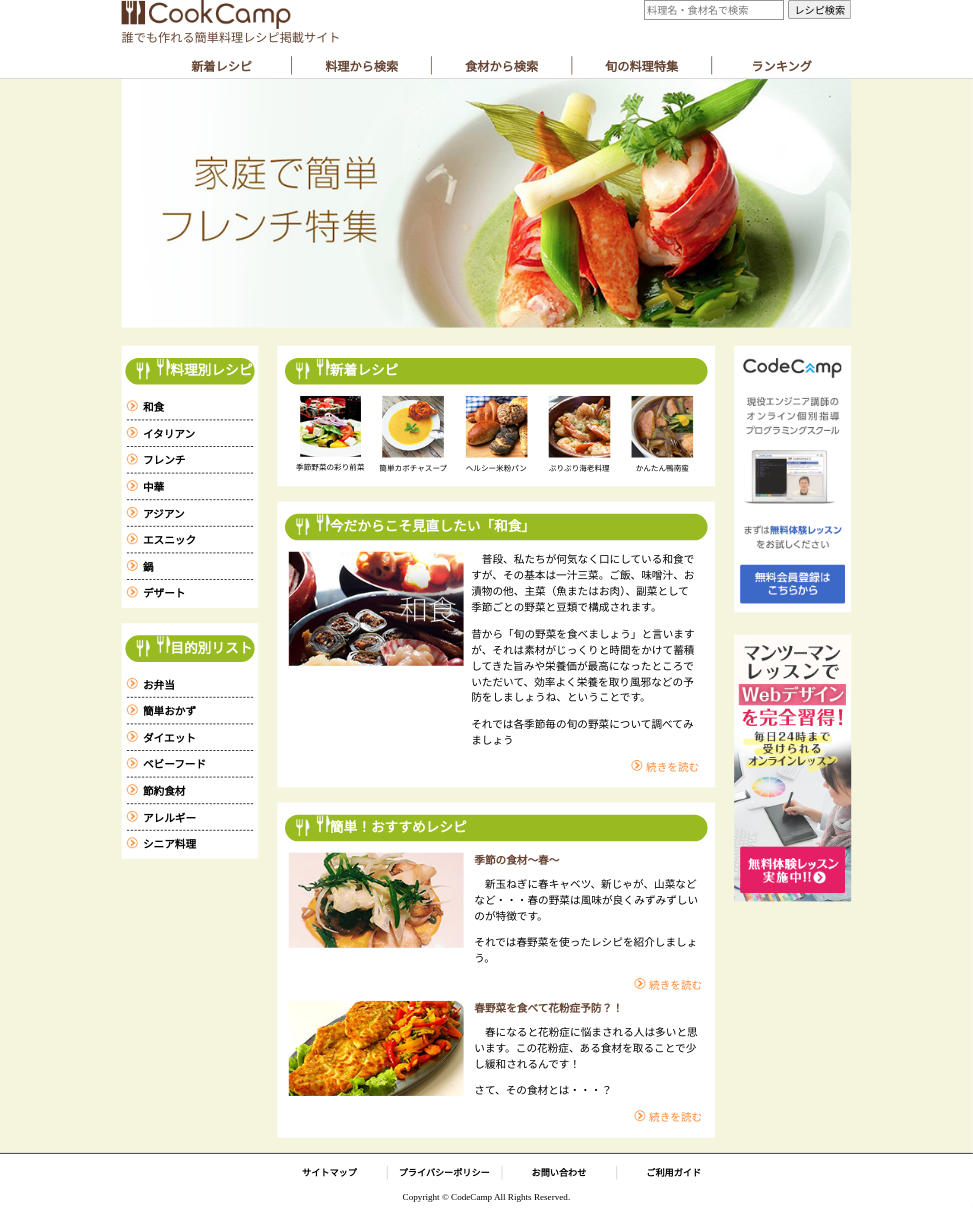
Repository: tomimaler/dc_work_tamachi_inagaki_html
Page: cookcamp/cookcamp.html
The author's editor kept a record of every edit. The page is drawn from the files as they stood at one moment, then again after the next edit.
The browser window is 1280 px wide. The pictures show the whole page, at 76% of full size.

Above is the page before.

### cookcamp/cookcamp.html
<!DOCTYPE html>
<html lang="ja">
 <head>
  <meta charset="UTF-8">
  <title>CookCamp</title>
  <link rel="stylesheet" href="cookcamp.css">

 <body>
  <header>
    <div class="container">
        <img class="logo" src="images/structure/logo.png">
        <input type="submit" value="レシピ検索">
        <input id="search" type="text" name="search" placeholder="料理名・食材名で検索">
        <p>誰でも作れる簡単料理レシピ掲載サイト</p>
        <ul class="header-menu">
            <a href="#"><li class="menu1">新着レシピ</li></a>
            <a href="#"><li>料理から検索</li></a>
            <a href="#"><li>食材から検索</li></a>
            <a href="#"><li>旬の料理特集</li></a>
            <a href="#"><li>ランキング</li></a>
        </ul>
    </div>
 </header>
 <main>
    <div class="container clearfix">
        <img class="mainView" src="images/contents/mainView.jpg">
        <nav class="left-column">
            <div class="recipe-nav">
                <h3><img src="images/icon/dish.png">料理別レシピ</h3>
                <ul class="recipe-list">
                    <a href="#"><li>和食</li></a>
                    <a href="#"><li>イタリアン</li></a>
                    <a href="#"><li>フレンチ</li></a>
                    <a href="#"><li>中華</li></a>
                    <a href="#"><li>アジアン</li></a>
                    <a href="#"><li>エスニック</li></a>
                    <a href="#"><li>鍋</li></a>
                    <a href="#"><li>デザート</li></a>
                </ul>
            </div>
            <div class="recipe-nav">
                <h3><img src="images/icon/dish.png">目的別リスト</h3>
                <ul class="recipe-list">
                    <a href="#"><li>お弁当</li></a>
                    <a href="#"><li>簡単おかず</li></a>
                    <a href="#"><li>ダイエット</li></a>
                    <a href="#"><li>ベビーフード</li></a>
                    <a href="#"><li>節約食材</li></a>
                    <a href="#"><li>アレルギー</li></a>
                    <a href="#"><li>シニア料理</li></a>
                </ul>
            </div>
        </nav>
        <div class="main-column">
            <div class="article">
                <h3><img src="images/icon/dish.png">新着レシピ</h3>
                <div class="section">
                    <div class="new-recipes">
                        <div class="new-recipe">
                            <img src="images/contents/newRecipes1.jpg" alt="季節野菜の彩り前菜">
                            <p>季節野菜の彩り前菜</p>
                        </div>
                        <div class="new-recipe">
                            <img src="images/contents/newRecipes2.jpg" alt="簡単カボチャスープ">
                            <p>簡単カボチャスープ</p>
                        </div>
                        <div class="new-recipe">
                            <img src="images/contents/newRecipes3.jpg" alt="ヘルシー米粉パン">
                            <p>ヘルシー米粉パン</p>
                        </div>
                        <div class="new-recipe">
                            <img src="images/contents/newRecipes4.jpg" alt="ぷりぷり海老料理">
                            <p>ぷりぷり海老料理</p>
                        </div>
                        <div class="new-recipe">
                            <img src="images/contents/newRecipes5.jpg" alt="かんたん鴨南蛮">
                            <p>かんたん鴨南蛮</p>
                        </div>
                    </div>
                </div>
            </div>
            <div class="article">
                <h3><img src="images/icon/dish.png">今だからこそ見直したい「和食」</h3>
                <div class="section">
                    <img class="section-img" src="images/contents/topics.jpg" alt="和食" align="left">
                    <div class="section-text">
                        <p>　普段、私たちが何気なく口にしている和食ですが、その基本は一汁三菜。ご飯、味噌汁、お漬物の他、主菜（魚またはお肉）、副菜として季節ごとの野菜と豆類で構成されます。</p>
                        <p>昔から「旬の野菜を食べましょう」と言いますが、それは素材がじっくりと時間をかけて蓄積してきた旨みや栄養価が最高になったところでいただいて、効率よく栄養を取り風邪などの予防をしましょうね、ということです。</p>
                        <p>それでは各季節毎の旬の野菜について調べてみましょう</p>
                        <a href="#"><img src="images/icon/arrow.png" alt="arrow">続きを読む</a>
                    </div>
                </div>
            </div>
            <div class="article">
                <h3><img src="images/icon/dish.png">簡単！おすすめレシピ</h3>
                <div class="section">
                    <img class="section-img" src="images/contents/pushRecipes1.jpg" alt="春">
                    <div class="section-text">
                        <h4>季節の食材～春～</h4>
                        <p>　新玉ねぎに春キャベツ、新じゃが、山菜などなど・・・春の野菜は風味が良くみずみずしいのが特徴です。</p>
                        <p>それでは春野菜を使ったレシピを紹介しましょう。</p>
                        <a href="#"><img src="images/icon/arrow.png" alt="arrow">続きを読む</a>
                    </div>
                    <img class="section-img" src="images/contents/pushRecipes2.jpg" alt="花粉症">
                    <div class="section-text">
                        <h4>春野菜を食べて花粉症予防？！</h4>
                        <p>　春になると花粉症に悩まされる人は多いと思います。この花粉症、ある食材を取ることで少し緩和されるんです！</p>
                        <p>さて、その食材とは・・・？</p>
                        <a href="#"><img src="images/icon/arrow.png" alt="arrow">続きを読む</a>
                    </div>
                </div>
            </div>
        </div>
        <aside class="right-column">
            <a href="#"><img src="images/contents/right1.png"></a>
            <a href="#"><img src="images/contents/right2.png"></a>
        </aside>
    </div>
</main>
<footer>
    <div class="container">
        <ul class="footer-list">
            <a href="#"><li>サイトマップ</li></a>
            <a href="#"><li>プライバシーポリシー</li></a>
            <a href="#"><li>お問い合わせ</li></a>
            <a href="#"><li>ご利用ガイド</li></a>
        </ul>
        <p>Copyright &copy; CodeCamp All Rights Reserved.</p>
    </div>
</footer>
</body>
</html>

### cookcamp/cookcamp.css
body {
    margin:0;
    min-width:fit-content;
}

.container {
    width:960px;
    margin:0 auto;
}

main {
    background-color:#f5f5dd;
    font-family:"Yu Gothic";
    font-weight:500;
    padding-bottom:10px;
}

a {
    text-decoration:none;
}

header, footer {
    background-color:white;
}

header {
    border-bottom:1px solid #cccccc;
}

header logo {
    float:left;
}

header p{
    color:#664433;
    clear:both;
    margin-top:0;
    line-height:1;
}

header input {
    float:right;
}

#search {
    height:20px;
    margin-right:5px;
}

.header-menu {
    display:flex;
    text-align:center;
    list-style:none;
    margin:5px auto;
    font-weight:bold;
}

.header-menu a+ a {
    border-left:1px solid;
}

.header-menu a {
    color:#664433;
    flex:1;
    padding:0 2px;
}

.mainView {
    width:100%;
}

.recipe-nav {
    margin:20px 20px 10px 0;
    padding:1px 5px;
    background-color:white;
}

h3 {
    background-color:#99bb22;
    border-radius:25px;
    height:35px;
    line-height:35px;
    font-size:18px;
    color:white;
    margin-top:15px;
    margin-bottom:10px;
}

h3::before {
    content: url('images/icon/dish.png');
    padding-left:15px;
    padding-right:10px;
    position:relative;
    top:5px;
}

.recipe-list {
    list-style-image: url('images/icon/arrow.png');
    margin:0;
    padding:2px;
}

.recipe-list a {
    display:block;
    color:black;
    width:100%;
}

.recipe-list li {
    margin:7px 0;
    font-size:14px;
    font-weight:bold;
    list-style-position:inside;
}

.recipe-list a+ a {
    border-top:1px dashed;
}

.new-recipes {
    display:flex;
}

.new-recipe {
    flex:1;
    text-align:center;
}

.new-recipe img {
    padding-bottom:0;
}

.new-recipe p {
    font-size:10px;
    width:100%;
    margin-top:0;
    padding-top:0;
}

.section-img {
    display:inline-block;
}

.section-text {
    display:inline-block;
    vertical-align:top;
    margin-left:10px;
    font-size:14px;
    width:300px;
}

.main-text {
    margin-left:15px;
}

.section-text p {
    margin-top:0;
}

.section-text a{
    color:#fc8833;
    float:right;
    margin-bottom:10px;
}

.section-text img {
    margin-right:5px;
}

h4 {
    color:#664433;
    margin-top:0;
    margin-bottom:10px;
}

.article {
    margin:20px 5px 10px 5px;
    padding:1px 10px;
    background-color:white;
}

.section {
    padding:5px;
    line-height:1.5;
}

.right-column img {
    margin:20px 0 5px 20px;
}

.left-column {
    width:200px;
    float:left;
}

.main-column {
    width:586px;
    float:left;
}

.right-column {
    width:155px;
    float:left;
}

.clearfix::after {
content: "";
display: block;
clear: both;
}

footer {
    clear:both;
    border-top:1px solid;
    text-align:center;
}

.footer-list {
    display:flex;
    text-align:center;
    list-style:none;
    justify-content:center;
  }

.footer-list a {
    flex-basis:150px;
    font-size:12px;
    color:black;
    font-weight:bold;
}

.footer-list a+ a {
    border-left:1px solid #cccccc;
}

footer p {
    font-size:12px;
}

After the next edit:
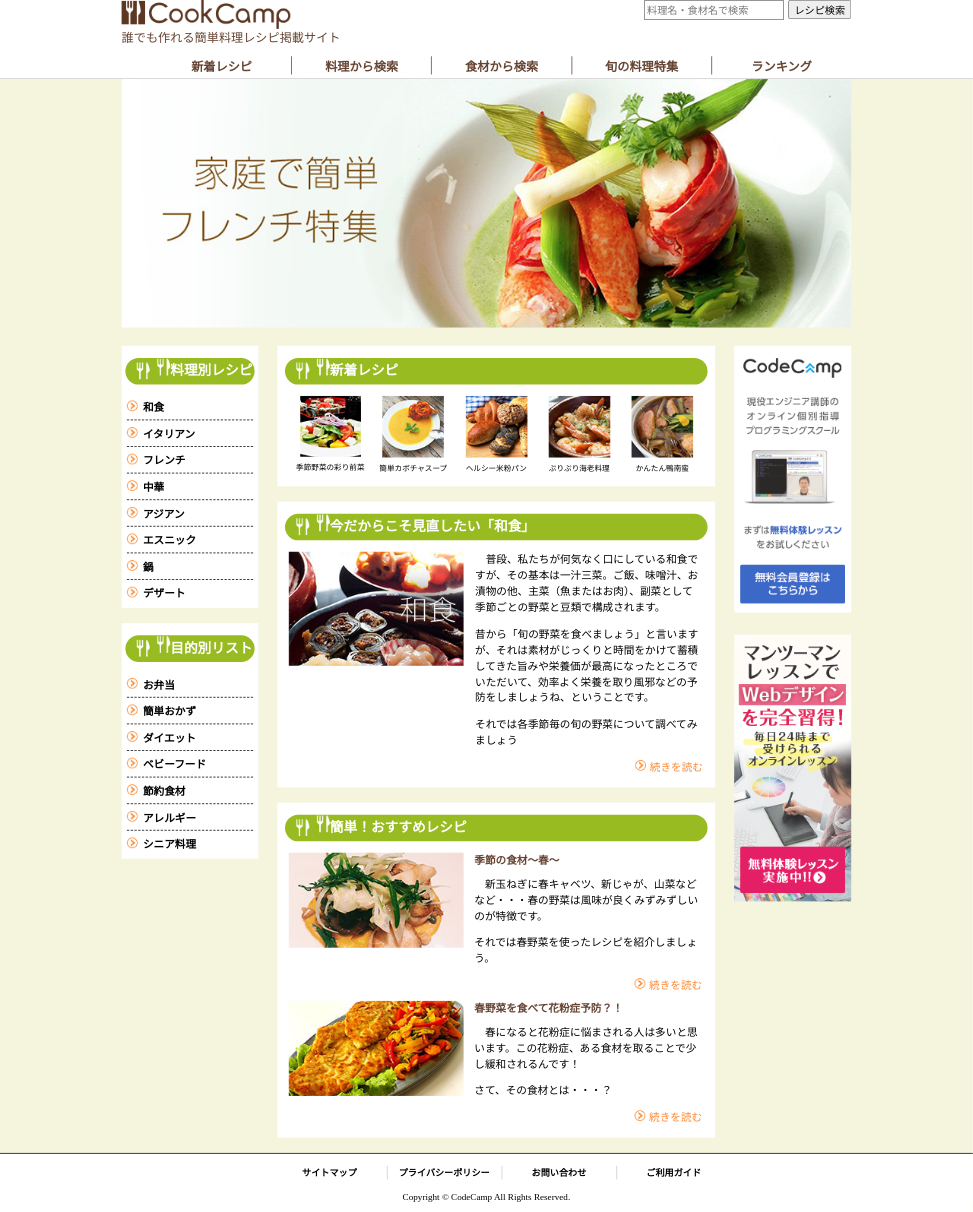
The edit:
--- a/cookcamp/cookcamp.html
+++ b/cookcamp/cookcamp.html
@@ -83,7 +83,7 @@
                 <h3><img src="images/icon/dish.png">今だからこそ見直したい「和食」</h3>
                 <div class="section">
                     <img class="section-img" src="images/contents/topics.jpg" alt="和食" align="left">
-                    <div class="section-text">
+                    <div class="section-text main-text">
                         <p>　普段、私たちが何気なく口にしている和食ですが、その基本は一汁三菜。ご飯、味噌汁、お漬物の他、主菜（魚またはお肉）、副菜として季節ごとの野菜と豆類で構成されます。</p>
                         <p>昔から「旬の野菜を食べましょう」と言いますが、それは素材がじっくりと時間をかけて蓄積してきた旨みや栄養価が最高になったところでいただいて、効率よく栄養を取り風邪などの予防をしましょうね、ということです。</p>
                         <p>それでは各季節毎の旬の野菜について調べてみましょう</p>
